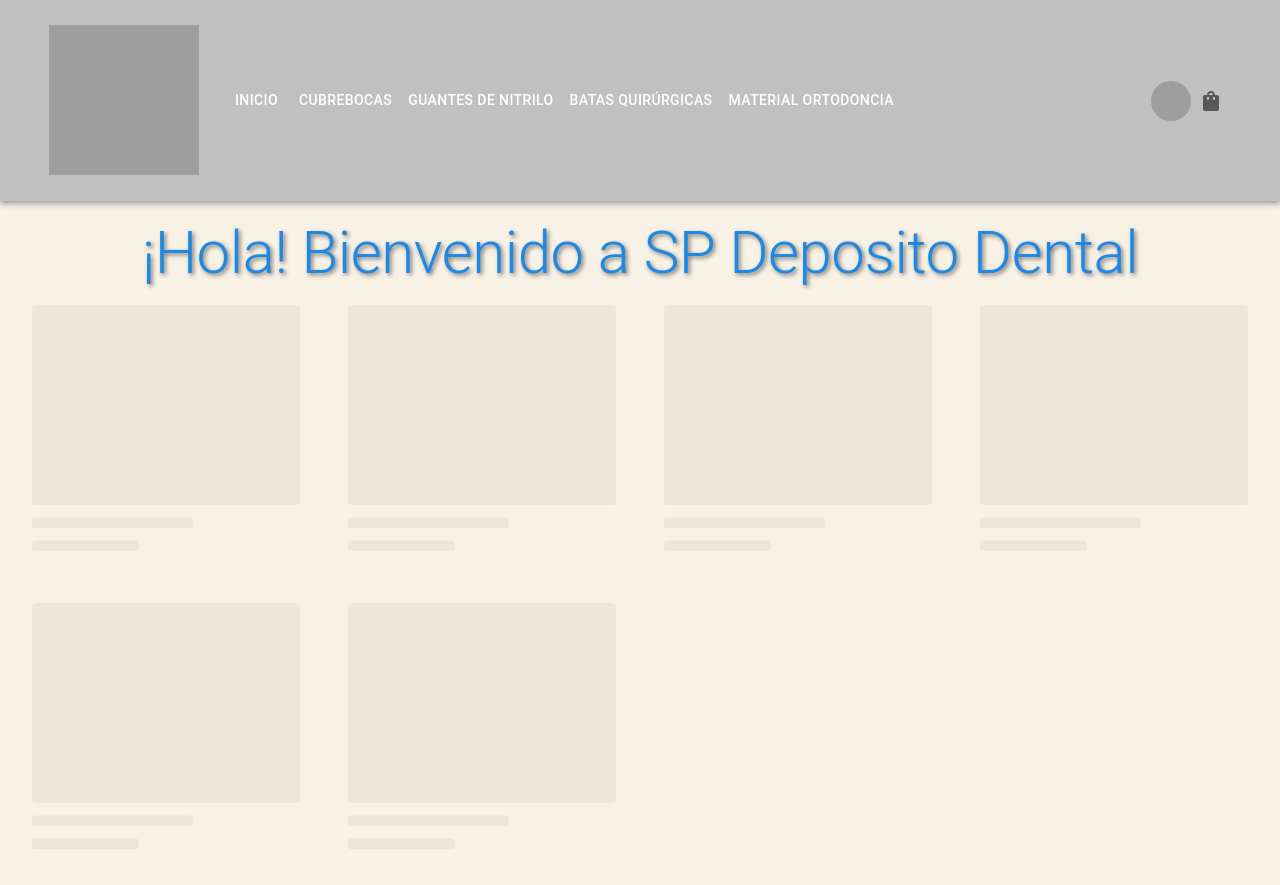
Repository: SebastianPineiro10/ecommerce-coderhouse
Page: /
These files come from the project's save history. The page is drawn as it stood at one moment and after the next save; the edit follows.
The browser window is 1280 px wide. The pictures show the whole page.
Pictures or frames that could not be fetched are drawn as grey boxes. The page's requests for data from a server got no answer. The project was rebuilt for these pictures with package versions that can differ from the ones it lists, and the page was loaded fresh each time. No one was signed in, and anything a server would have sent is missing. Also part of the build but not shown: vite.config.js, src/components/common/card/productcard.css, src/components/common/card/ProductCard.jsx, src/components/pages/ItemListContainer/ItemList.jsx, src/components/pages/ItemDetail/ItemDetail.jsx, src/components/pages/ItemDetail/ItemDetailContainer.jsx, src/components/pages/cart/CartContainer.jsx, src/components/pages/checkout/Checkout.jsx and 1 more.

Above is the page before, as saved 2024-11-18 22:27:55.

After the next save:
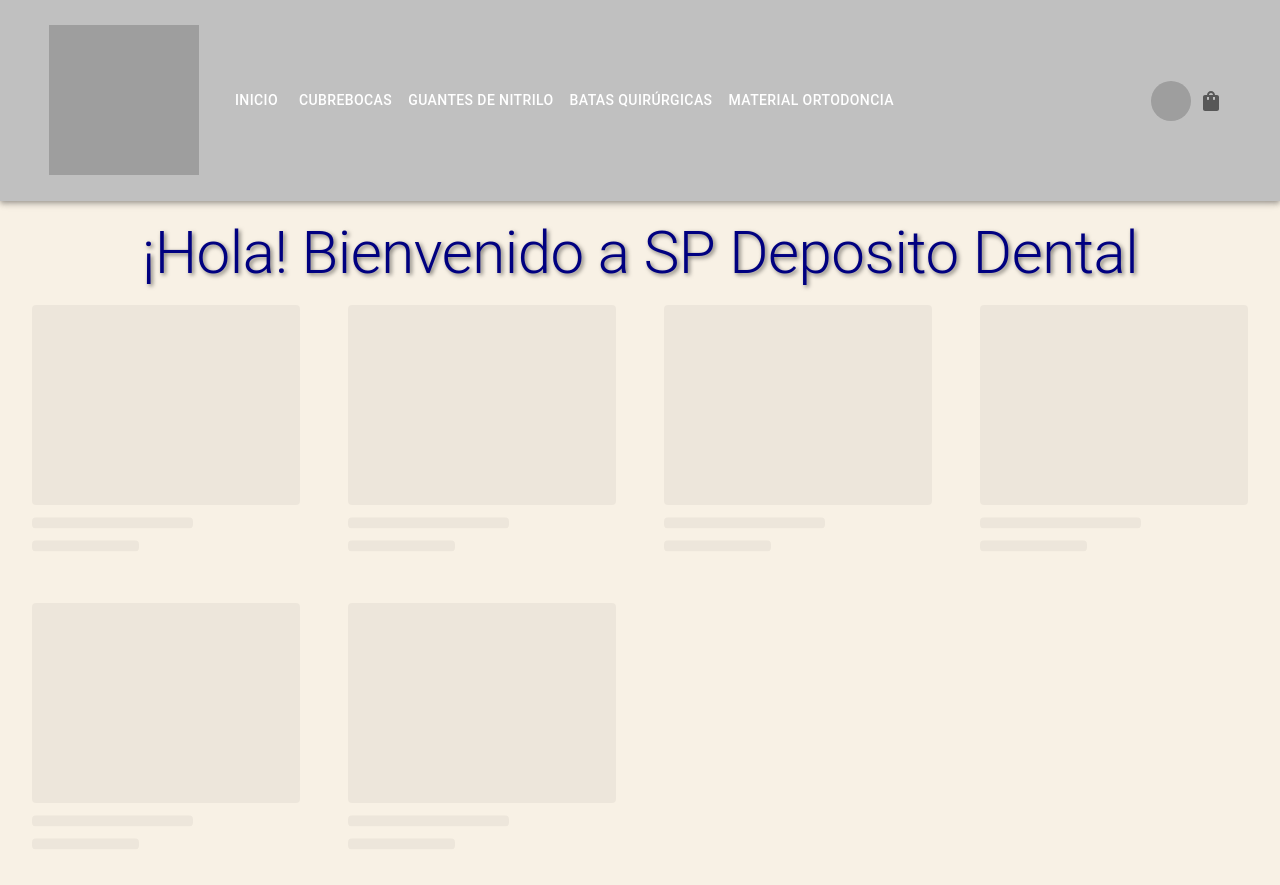
Saved 28 s later.
--- a/src/components/pages/ItemListContainer/ItemListContainer.css
+++ b/src/components/pages/ItemListContainer/ItemListContainer.css
@@ -5,7 +5,7 @@
   .welcome-title {
     font-family: 'Poppins', sans-serif; /* Fuente moderna */
     font-size: 3rem; /* Tamaño grande */
-    color: #1e88e5; /* Azul vibrante */
+    color: navy; /* Azul vibrante */
     text-align: center; /* Centrado */
     font-weight: bold; /* Negritas */
     text-shadow: 2px 2px 4px rgba(0, 0, 0, 0.5); /* Sombra para destacar */
